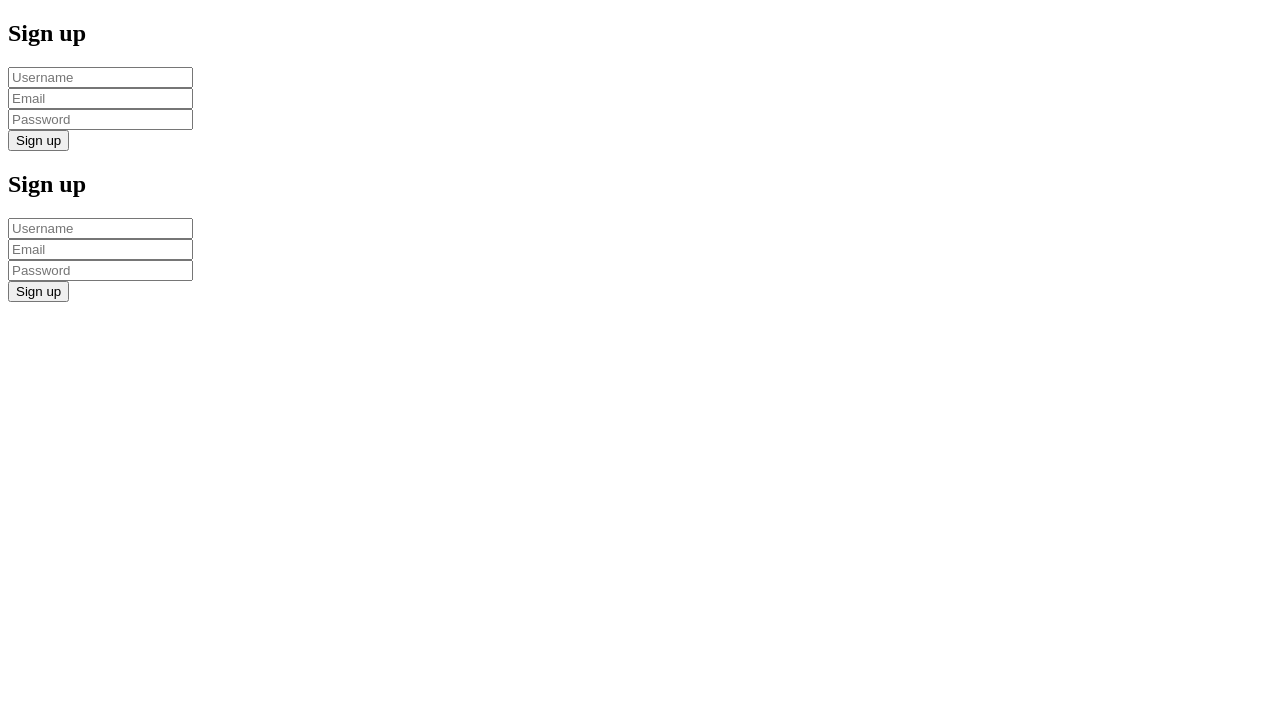
Repository: sarfaraz1611/NitteMovie.github.io
Page: regis.html
These files come from the project's save history. The page is drawn as it stood at one moment and after the next save; the edit follows.
The browser window is 1280 px wide. The pictures show the whole page.

Above is the page before, as saved 2022-07-15 23:51:05.

After the next save:
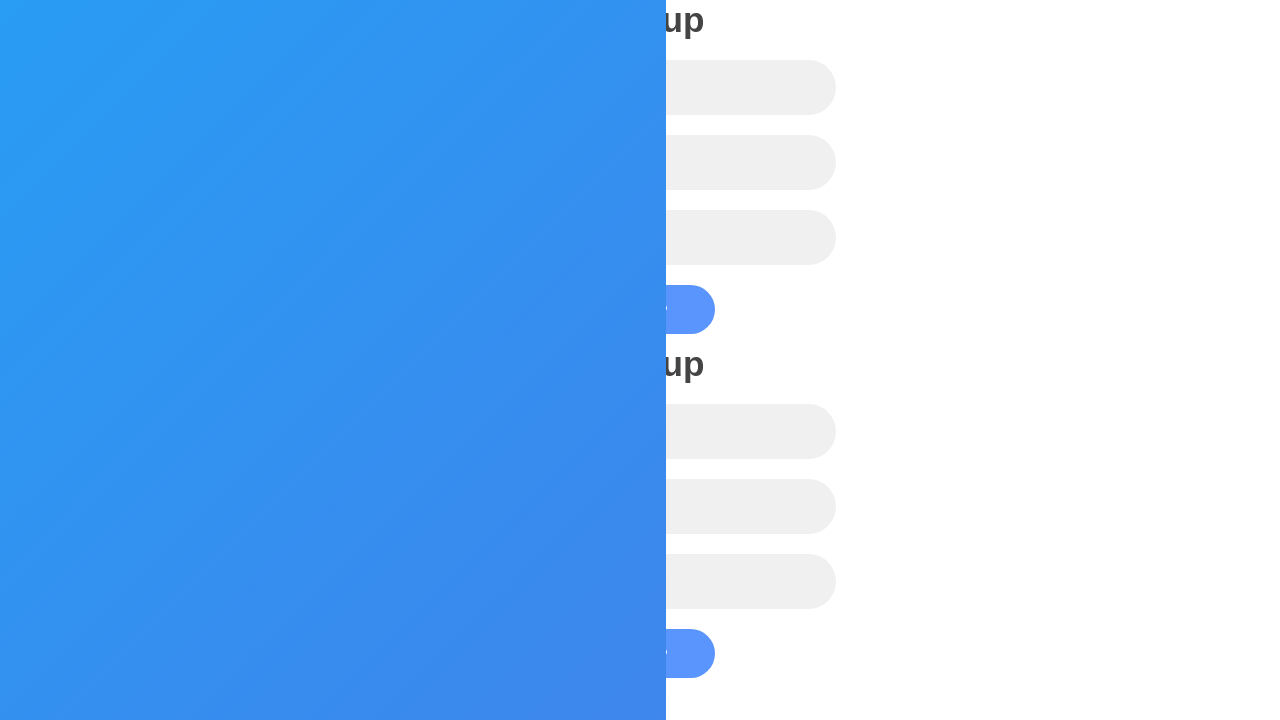
Saved 28 s later.
--- a/regis.html
+++ b/regis.html
@@ -6,6 +6,7 @@
     <meta name="viewport" content="width=
     , initial-scale=1.0">
     <title>Document</title>
+    <link rel="stylesheet" href="./assets/css/main.css">
 </head>
 <body>
     <div class="container">
